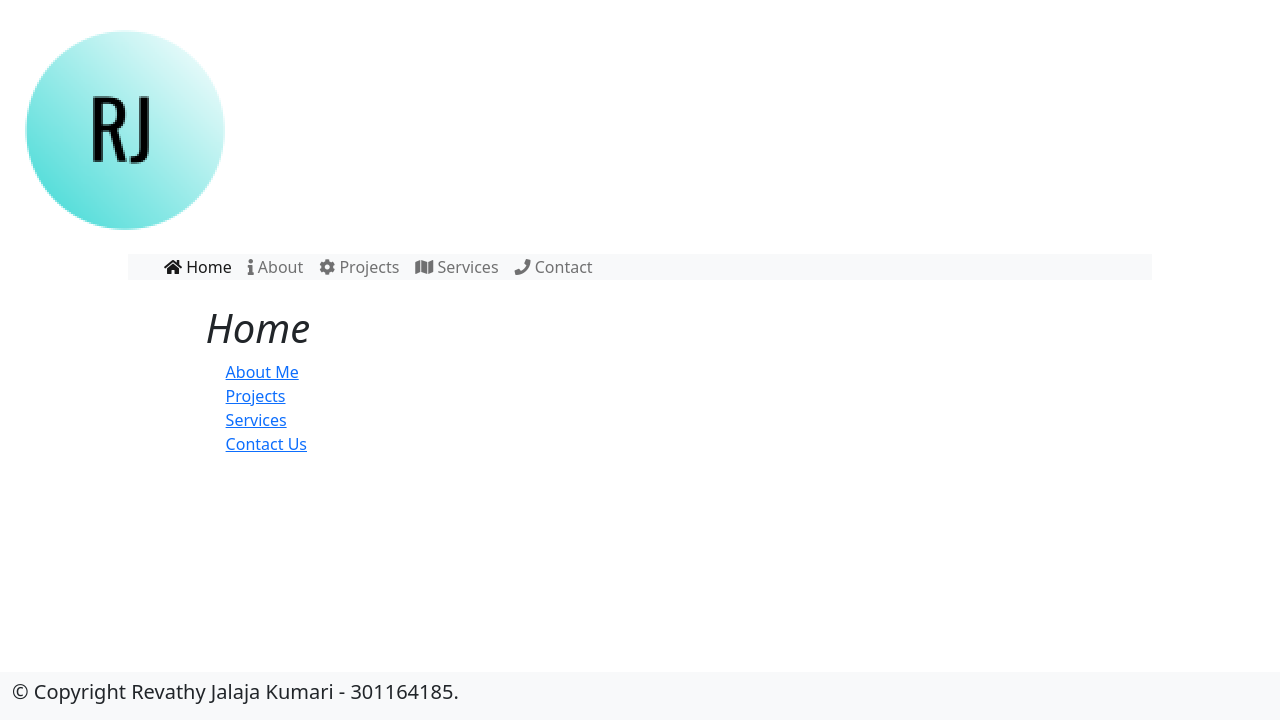
Repository: RevathyJK/Portfolio
Page: http://localhost/
These files come from the project's save history. The page is drawn as it stood at one moment and after the next save; the edit follows.
The browser window is 1280 px wide. The pictures show the whole page.
The page is served by the project's Node server (server.js). Other server files are loaded and not shown.

Above is the page before, as saved 2021-10-01 12:09:55.

### Server/Views/index.ejs
<!DOCTYPE html>
<html lang="en">
<head>
    <meta charset="UTF-8">
    <meta http-equiv="X-UA-Compatible" content="IE=edge">
    <meta name="viewport" content="width=device-width, initial-scale=1.0">
    <title><%= title %></title>
    <!-- CSS Section -->
    <link rel="stylesheet" href="./Content/app.css">
    <link rel="stylesheet" href="./bootstrap/dist/css/bootstrap.min.css">
    <link rel="stylesheet" href="./@fortawesome/fontawesome-free/css/all.min.css">
</head>
<body>
    <!-- Main Navigation Section -->
    <header>
      <%- include('components/header.ejs'); %>
    </header>


    <!-- Content Section -->
    <main>
      <div class="container">
        <%- include('content/' + page + '.ejs'); %>
      </div>
    </main>

    <footer>
    <%- include('components/footer.ejs'); %>
    </footer>

    <!-- JavaScript Section -->
    <script src="./jquery/dist/jquery.min.js"></script>
    <script src="./bootstrap/dist/js/bootstrap.min.js"></script>
    <script src="./@fortawesome/fontawesome-free/js/all.min.js"></script>

    <script src="./Scripts/app.js"></script>
</body>
</html>

### Server/Views/components/header.ejs
<div class="header-img"></div>
<img src="logo.png"> <br><br>


<div id="allPage">

<nav class="navbar navbar-expand-lg navbar-light bg-light">
  <div class="container-fluid">
    <a class="navbar-brand"></a>
    <button class="navbar-toggler" type="button" data-bs-toggle="collapse" data-bs-target="#navbarSupportedContent" aria-controls="navbarSupportedContent" aria-expanded="false" aria-label="Toggle navigation">
      <span class="navbar-toggler-icon"></span>
    </button>
    <div class="collapse navbar-collapse" id="navbarSupportedContent" >
      <ul class="navbar-nav ms-auto mb-2 mb-lg-0">
        <li class="nav-item">
          <a class="nav-link active" href="/home"><i class="fas fa-home"></i> Home</a>
        </li>
        <li class="nav-item">
          <a class="nav-link" href="/about"><i class="fas fa-info"></i> About</a>
        </li>
        <li class="nav-item">
          <a class="nav-link" href="/projects"><i class="fas fa-cog"></i> Projects</a>
        </li>
        <li class="nav-item">
          <a class="nav-link" href="/services"><i class="fas fa-map"></i> Services</a>
        </li>

        <li class="nav-item">
          <a class="nav-link" href="/contact"><i class="fas fa-phone"></i> Contact</a>
        </li>
      </ul>
    </div>
  </div>
</nav>
<br>

</div>

### Server/Views/content/home.ejs
<div id ="allPage">

<div class="container">
        <h1><em><%= title %></em></h1>

</div>

<div>
  <nav>
	  <ul>
		  <li><a href="about">About Me</a></li>
		  <li><a href="projects">Projects</a></li>
		  <li><a href="home">Services </a></li>
                <li><a href="contact">Contact Us</a></li>

  	</ul>
	</nav>
</div>

</div>

### Server/Views/components/footer.ejs
<div id ="allPage">
<nav class="navbar fixed-bottom navbar-light bg-light">
    <div class="container-fluid">
        <h5>&copy; Copyright Revathy Jalaja Kumari - 301164185.</h5>
    </div>
</nav>
</div>

### server.js
#!/usr/bin/env node
"use strict";
/**
 * Module dependencies.
 */
var __importDefault = (this && this.__importDefault) || function (mod) {
    return (mod && mod.__esModule) ? mod : { "default": mod };
};
Object.defineProperty(exports, "__esModule", { value: true });
const app_1 = __importDefault(require("./Server/Config/app"));
const debug_1 = __importDefault(require("debug"));
(0, debug_1.default)('comp229-f2021-lesson4:server');
const http_1 = __importDefault(require("http"));
/**
 * Get port from environment and store in Express.
 */
let port = normalizePort(process.env.PORT || '3000');
app_1.default.set('port', port);
/**
 * Create HTTP server.
 */
let server = http_1.default.createServer(app_1.default);
/**
 * Listen on provided port, on all network interfaces.
 */
server.listen(port);
server.on('error', onError);
server.on('listening', onListening);
/**
 * Normalize a port into a number, string, or false.
 */
function normalizePort(val) {
    let port = parseInt(val, 10);
    if (isNaN(port)) {
        // named pipe
        return val;
    }
    if (port >= 0) {
        // port number
        return port;
    }
    return false;
}
/**
 * Event listener for HTTP server "error" event.
 */
function onError(error) {
    if (error.syscall !== 'listen') {
        throw error;
    }
    let bind = typeof port === 'string'
        ? 'Pipe ' + port
        : 'Port ' + port;
    // handle specific listen errors with friendly messages
    switch (error.code) {
        case 'EACCES':
            console.error(bind + ' requires elevated privileges');
            process.exit(1);
            break;
        case 'EADDRINUSE':
            console.error(bind + ' is already in use');
            process.exit(1);
            break;
        default:
            throw error;
    }
}
/**
 * Event listener for HTTP server "listening" event.
 */
function onListening() {
    let addr = server.address();
    let bind = typeof addr === 'string'
        ? 'pipe ' + addr
        : 'port ' + addr.port;
    (0, debug_1.default)('Listening on ' + bind);
}
//# sourceMappingURL=server.js.map

### Server/Routes/index.js
"use strict";
var __importDefault = (this && this.__importDefault) || function (mod) {
    return (mod && mod.__esModule) ? mod : { "default": mod };
};
Object.defineProperty(exports, "__esModule", { value: true });
const express_1 = __importDefault(require("express"));
const router = express_1.default.Router();
exports.default = router;

/* GET home page. */
router.get('/', function (req, res, next) {
    res.render('index', { title: 'Home', page: 'home' });
});
/* GET home page. */
router.get('/home', function (req, res, next) {
    res.render('index', { title: 'Home', page: 'home' });
});
/* GET about page. */
router.get('/about', function (req, res, next) {
    res.render('index', { title: 'Revathy Jalaja Kumari', page: 'about' });
});
/* GET projects page. */
router.get('/projects', function (req, res, next) {
    res.render('index', { title: 'Projects', page: 'projects' });
});
/* GET services page. */
router.get('/services', function (req, res, next) {
    res.render('index', { title: 'Services', page: 'services' });
});
/* GET contact page. */
router.get('/contact', function (req, res, next) {
    res.render('index', { title: 'Contact Me', page: 'contact' });
});





//module.exports = router;
//# sourceMappingURL=index.js.map

### Client/Content/app.css
#allPage {
	width: 80%;
      margin: auto;
      max-width: 1200px;
      display: grid;
	/*grid-template-columns: 150px auto auto;
	grid-template-rows: auto auto auto ; */
}

nav ul {
    display: flex;
    flex-direction: column;
    flex-wrap: nowrap;
    color: #FFFFFF;
    position: absolute;
}

img {
    padding-left: 25px;
    padding-top: 25px;
}

.header-img {
    width: 100%;
    height: 5px;
    background-image: "public/banner.jpg";
    background-attachment: fixed;
    background-repeat: no-repeat;

  }

### Client/Scripts/app.js
"use strict";
/* custom js goes here */
// IIFE - Immediately Invoked Function Expression (AKA an anonymous self-executing function)
(function () {
    function Start() {
        console.log("App Started...");
    }
    window.addEventListener("load", Start);
})();
//# sourceMappingURL=app.js.map

After the next save:
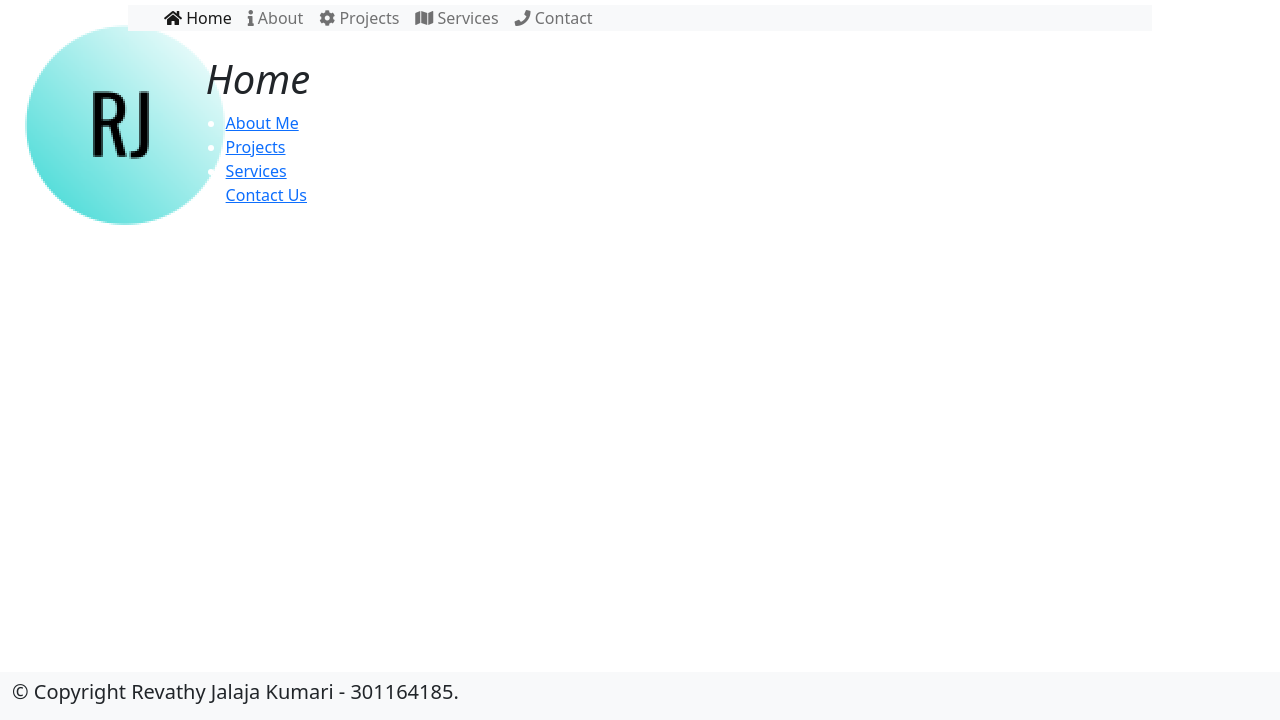
Saved 20 s later.
--- a/Server/Views/components/header.ejs
+++ b/Server/Views/components/header.ejs
@@ -1,6 +1,6 @@
-<div class="header-img"></div>
+<div class="header-img">
 <img src="logo.png"> <br><br>
-
+</div>
 
 <div id="allPage">
 

After the save that followed:
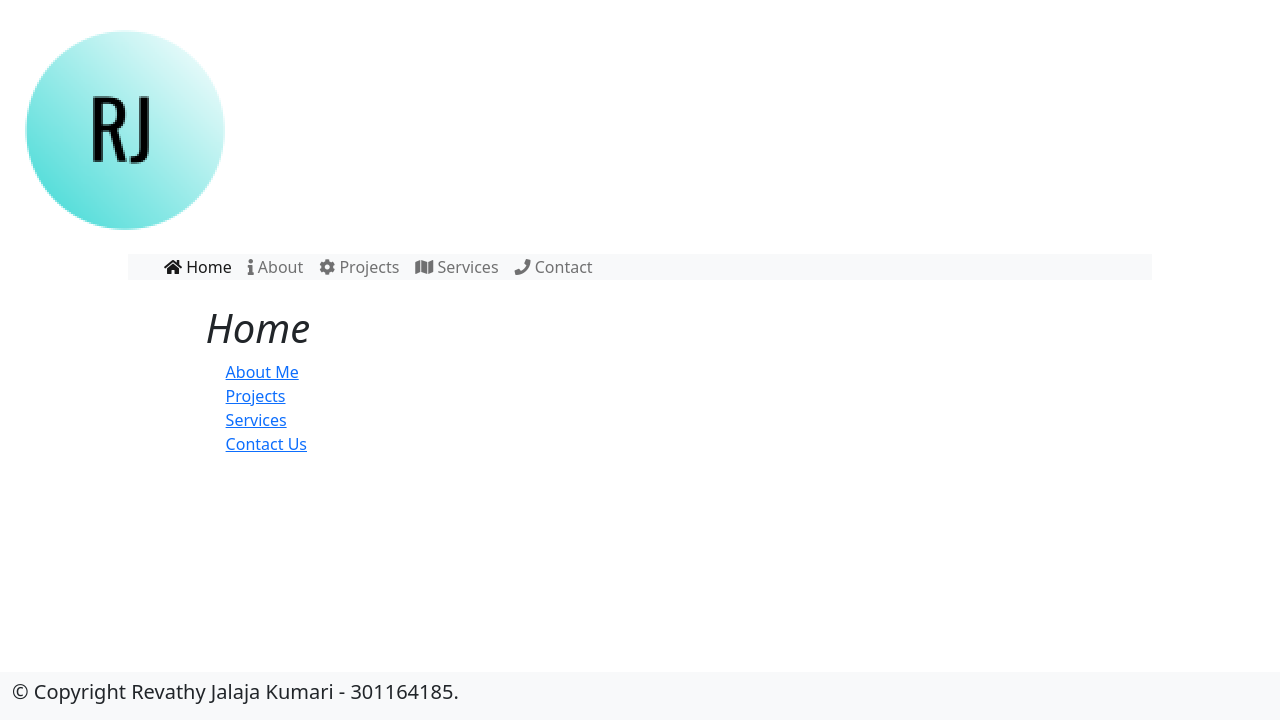
Saved 13 s later.
--- a/Server/Views/components/header.ejs
+++ b/Server/Views/components/header.ejs
@@ -1,6 +1,6 @@
-<div class="header-img">
+<div class="header-img"></div>
 <img src="logo.png"> <br><br>
-</div>
+
 
 <div id="allPage">
 
